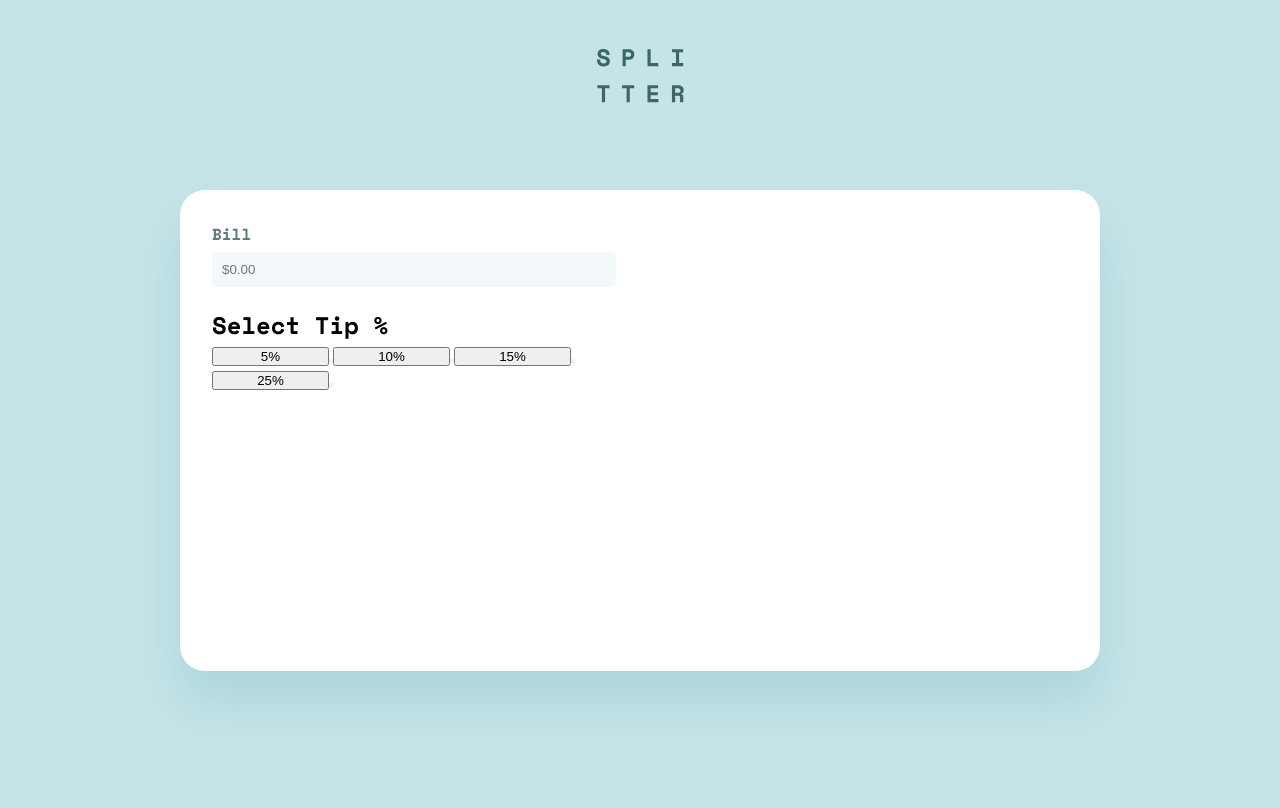
Repository: brandontaylor1/splitter
Page: index.html
The author's editor kept a copy of each file at every save. The page is drawn from the files as they stood at one save, then again after the next save.
The browser window is 1280 px wide. The pictures show the whole page.

Above is the page before, as saved 2025-02-05 21:36:53.

After the next save:
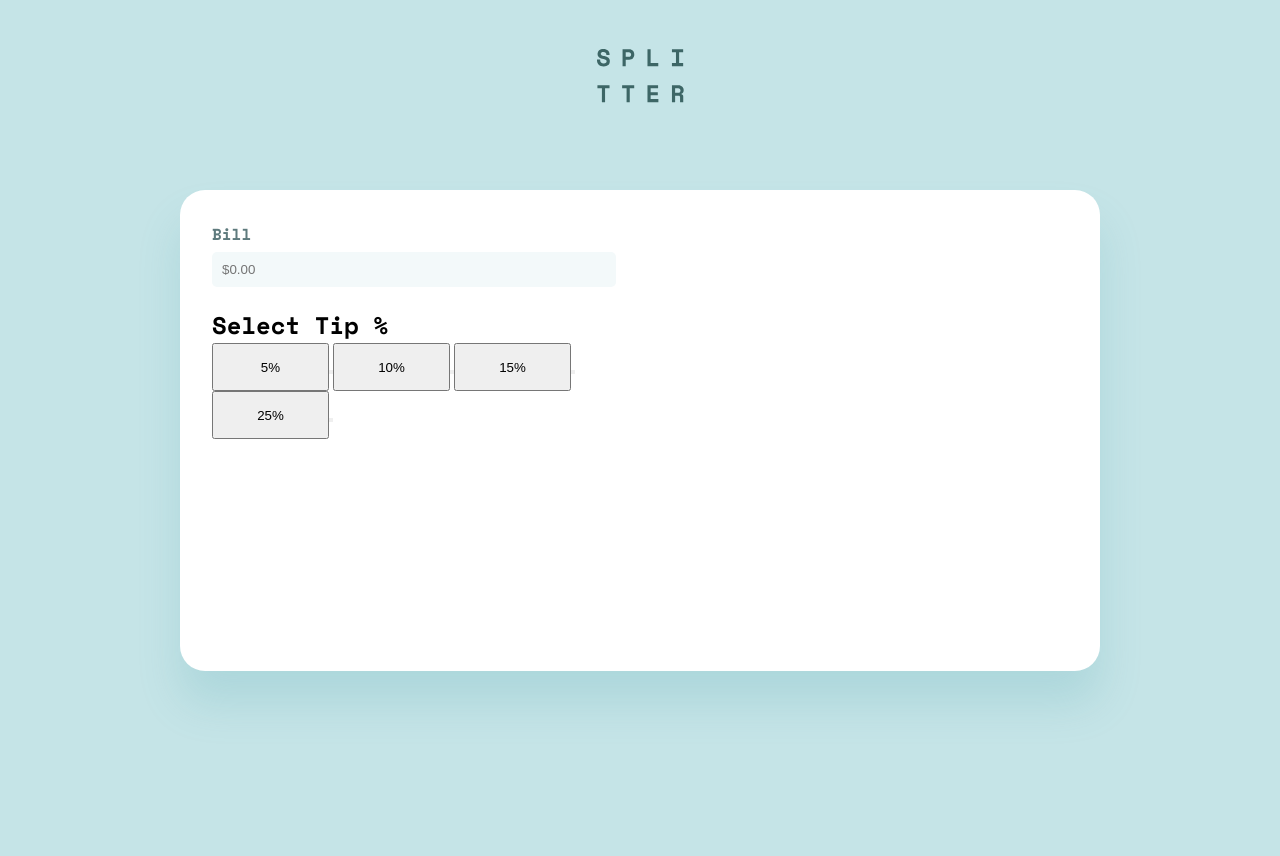
Saved 6 s later.
--- a/styles.css
+++ b/styles.css
@@ -101,5 +101,6 @@ input {
 
 .tip-button {
     width: 117px;
-
+    height: 48px;
+    flex-shrink: 0;
 }
